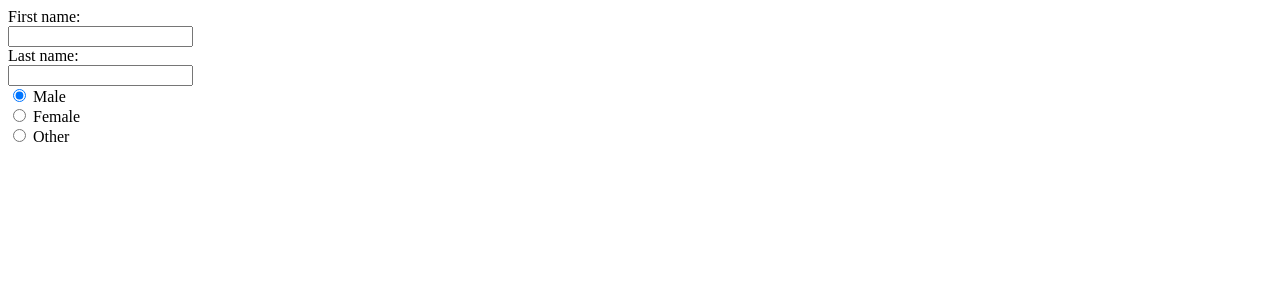
Repository: BaekJiGyeong/JSP
Page: http://localhost/AEA_Lesson0204/list.jsp
These files come from the project's save history. The page is drawn as it stood at one moment and after the next save; the edit follows.
The browser window is 1280 px wide. The pictures show the whole page.
The page is served by Tomcat 9. Other server files are loaded and not shown.

Above is the page before, as saved 2016-02-04 10:21:42.

### AEA_Lesson0204/WebContent/list.jsp
<%@ page language="java" contentType="text/html; charset=UTF-8"
    pageEncoding="UTF-8"%>
<!DOCTYPE html>
<html>
<head>
<meta http-equiv="Content-Type" content="text/html; charset=UTF-8">
<title>Insert title here</title>
</head>
<body>

<form>
  First name:<br>
  <input type="text" name="firstname">
  <br>
  Last name:<br>
  <input type="text" name="lastname">
</form>

<form>
  <input type="radio" name="gender" value="male" checked> Male<br>
  <input type="radio" name="gender" value="female"> Female<br>
  <input type="radio" name="gender" value="other"> Other
</form>

</body>
</html>

After the next save:
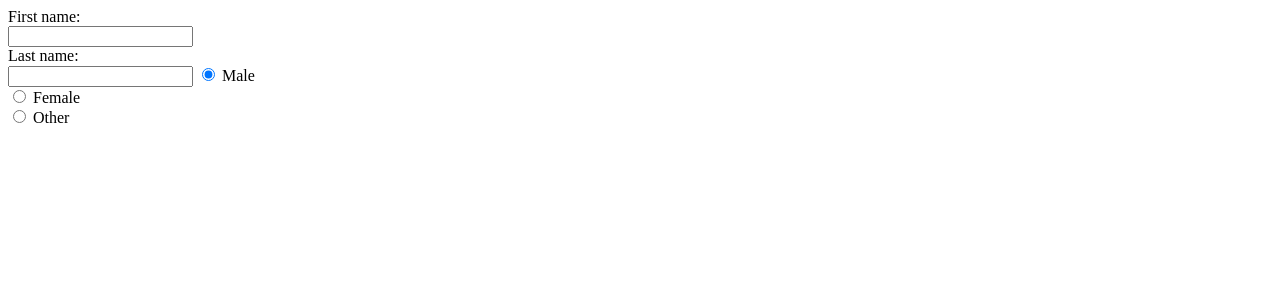
Saved 2 min 53 s later.
--- a/AEA_Lesson0204/WebContent/list.jsp
+++ b/AEA_Lesson0204/WebContent/list.jsp
@@ -8,15 +8,13 @@
 </head>
 <body>
 
-<form>
+<form method="post" action="/AEA_Lesson0204/result">
   First name:<br>
   <input type="text" name="firstname">
   <br>
   Last name:<br>
   <input type="text" name="lastname">
-</form>
 
-<form>
   <input type="radio" name="gender" value="male" checked> Male<br>
   <input type="radio" name="gender" value="female"> Female<br>
   <input type="radio" name="gender" value="other"> Other

After the save that followed:
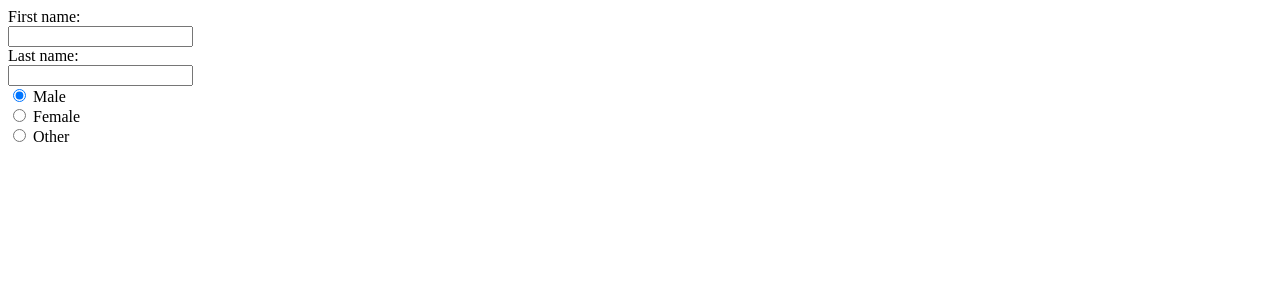
Saved 9 s later.
--- a/AEA_Lesson0204/WebContent/list.jsp
+++ b/AEA_Lesson0204/WebContent/list.jsp
@@ -14,7 +14,7 @@
   <br>
   Last name:<br>
   <input type="text" name="lastname">
-
+ <br>
   <input type="radio" name="gender" value="male" checked> Male<br>
   <input type="radio" name="gender" value="female"> Female<br>
   <input type="radio" name="gender" value="other"> Other
